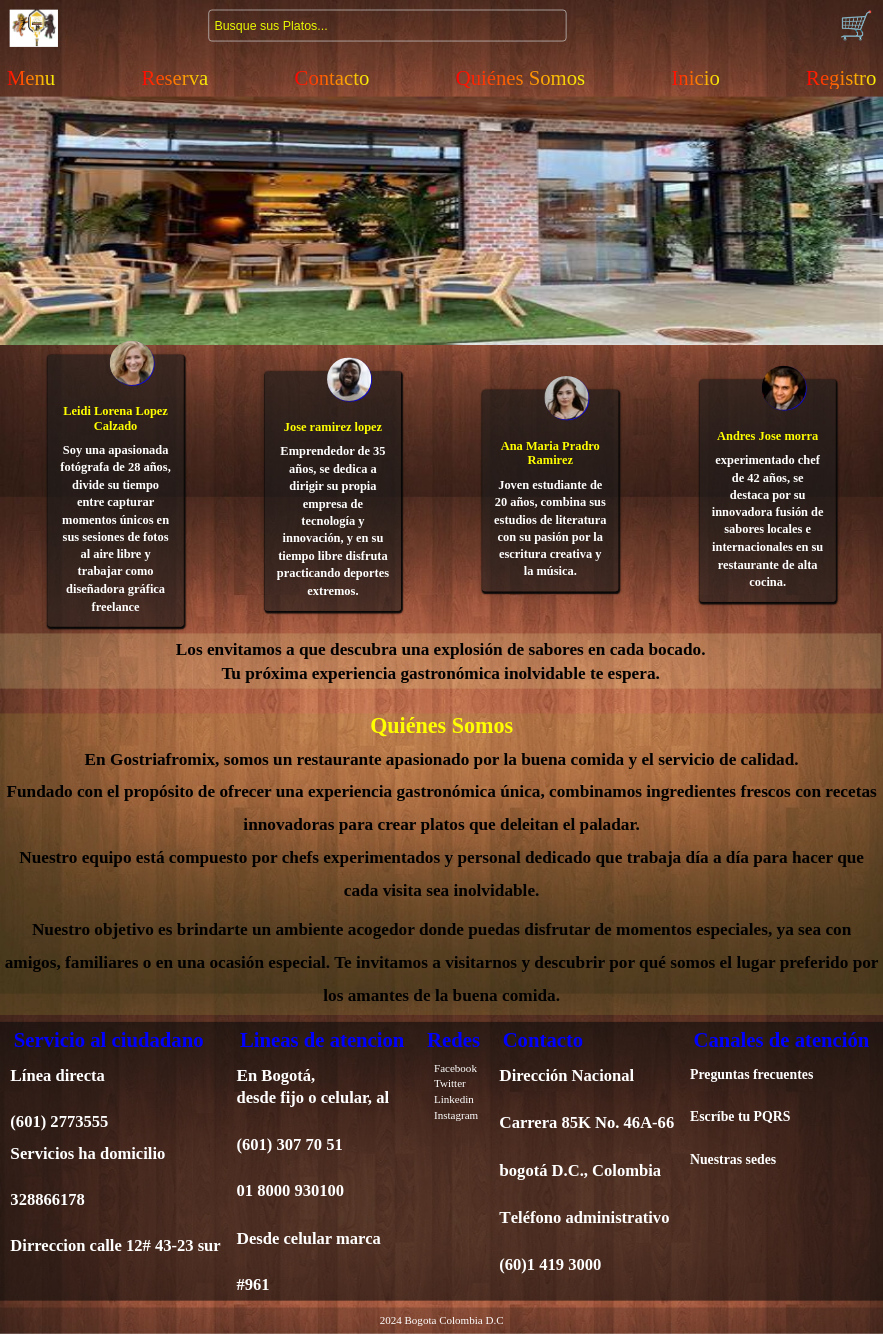
Repository: ye909/app_restaurante
Page: index.html
An editor plug-in stored every save of this project. The page is shown before and after the next save, followed by the edit.
The browser window is 1280 px wide. The pictures show the whole page, at 69% of full size.
Backgrounds fixed to the window are drawn as part of the page.

Above is the page before, as saved 2025-01-12 11:21:00.
Console error: ReferenceError: menuItems is not defined

### index.html
<!DOCTYPE html>
<html lang="en">

<head>
  <meta charset="UTF-8">
  <meta name="viewport" content="width=device-width, initial-scale=1.0">
  <title>Document</title>
  <link rel="Icon" href="./public/imagen/letra.ico">
  <link rel="stylesheet" href="/css/menu_principal.css">
  <link rel="stylesheet" href="/css/footer.css">
  <link rel="stylesheet" href="/css/heder.css">
  <link rel="stylesheet" href="/css/modal_card.css">
  <link rel="stylesheet" href="/css/stilo.css">
  <link rel="stylesheet" href="/css/menu_navegacion.css">
  <link rel="stylesheet" href="/css/reservar.css">

</head>

<body>
  <header>
    <div class="container_header_card">
      <div class="imagen"><img src="/public/imagen/login.gif" alt=""></div>

      <input type="text" id="buscar" class="buscar" placeholder="Busque sus Platos...">
      <ul id="productList" class="productList"></ul>

      <div id="cart-btn" class="shopping">🛒</div>

  </header>



  <h1 class="bienvenida" id="bienvenida">BIENVENIDOS/A</h1>
  <nav>
    <ul>
      <li id="menu-btn"><a href="#">Menu</a></li>

      <li><a href="./maquetacion/templei/reserva.html" target="_self">Reserva</a></li>
      <li><a href="#contacto">Contacto</a></li>
      <li><a href="#somos">Quiénes Somos</a></li>
      <li><a href="./maquetacion/templei/login.html" target="_self">Inicio</a></li>
      <li><a href="./maquetacion/templei/registro.html" target="_self">Registro</a> </li>
    </ul>
  </nav>
 <img src="./public/imagen/rrstaurante1.jpg" alt="" class="imgRestaurante" id="imgRestaurante">

  <main id="menu-view" class="menu-view">
    <div class="filter-buttons">
      <button class="filter" data-region="Todos">Todos</button>
      <button class="filter" data-region="Latinoamérica">Latinoamérica</button>
      <button class="filter" data-region="Centroamérica">Centroamérica</button>
      <button class="filter" data-region="Suramérica">Suramérica</button>
    </div>
    <div id="menu-items" class="menu-items"></div>

    <audio id="clickSound" src="./public/imagen/audio/mouse_btn3.mp3"></audio>
  </main>


  <main id="cart-view" class="cart-view">
    <h1 class="carro">Carrito de Compras</h1>
    <div id="cart-items" class="cart-items"></div>
    <div class="cart-total">
      <p>Total: <span id="cart-total">$0.00</span></p>
      <button id="back-to-menu">Volver al Menú</button>
      <button id="Domicilio"> <a href="./maquetacion/templei/domicilio.html"  target="_self">Domicilio</a></button>

    </div>
  </main>
<br>
  <div class="container_card_persona">

    <article class="container_persona">
      <img src="./public/imagen/mona.jpg" alt=""><br><br>
      <h3>Leidi Lorena Lopez Calzado</h3>
      <p>Soy una apasionada fotógrafa de 28 años,
         divide su tiempo entre capturar momentos
         únicos en sus sesiones de fotos al aire libre
         y trabajar como diseñadora gráfica freelance </p>
    </article>

    <article class="container_persona">
      <img src="./public/imagen/afro.jpg" alt=""><br><br>
      <h3>Jose ramirez lopez</h3>
      <p>Emprendedor de 35 años,
         se dedica a dirigir su propia empresa de
         tecnología y innovación, y en su tiempo libre
          disfruta practicando deportes extremos.
        </p>
    </article>


    <article class="container_persona">
      <img src="./public/imagen/indigena.jpg" alt=""><br><br>
      <h3>Ana Maria Pradro Ramirez</h3>
      <p>Joven estudiante
         de 20 años, combina sus estudios de
          literatura con su pasión
        por la escritura creativa y la música.</p>
    </article>

    <article class="container_persona">
      <img src="./public/imagen/mestizo.jpg" alt=""><br><br>
      <h3>Andres Jose morra</h3>
      <p>experimentado chef de 42 años,
        se destaca por su innovadora fusión
        de sabores locales e internacionales
        en su restaurante de alta cocina.</p>
    </article>


  </div>
  <p class="text_invitacion"> Los envitamos a que descubra una explosión de sabores en cada bocado. <br>
    Tu próxima experiencia gastronómica inolvidable te espera.
  </p>
  <br> <br>

  <div class="quienes_somos" id="somos">
    <h1 class="titu_quienson">Quiénes Somos</h1>
    <p>En <strong>Gostriafromix</strong>, somos un restaurante apasionado por la buena comida y el servicio de calidad.
      <br>
      Fundado con el propósito de ofrecer una experiencia gastronómica única, combinamos ingredientes frescos con
      recetas innovadoras para crear platos que deleitan el paladar. <br>
      Nuestro equipo está compuesto por chefs experimentados y personal dedicado que trabaja día a día para hacer que
      cada visita sea inolvidable.
    </p>
    <p>Nuestro objetivo es brindarte un ambiente acogedor donde puedas disfrutar de momentos especiales, ya sea con
      amigos, familiares o en una ocasión especial. Te invitamos a
      visitarnos y descubrir por qué somos el lugar preferido por los amantes de la buena comida.</p>
  </div>



  <footer>
    <div class="conataine_footer">
      <div>
        <h4>Servicio al ciudadano</h4>
        <p><span>L</span>ínea directa <br> <br> (601) 2773555</p>
        <p id="domicilio"><span>S</span>ervicios ha domicilio<br> <br>328866178 <br><br>Dirreccion calle 12# 43-23 sur
        </p>

      </div>

      <div>
        <h4>Lineas de atencion</h4>
        <p><span>E</span>n Bogotá, <br> desde fijo o celular, al <br><br>
          (601) 307 70 51 <br><br>
          01 8000 930100 <br><br>
          <span>D</span>esde celular marca <br><br>
          #961
        </p>
      </div>
      <div>
        <h4>Redes</h4>
        <div><a href=""><i class="fa-brands fa-facebook"> </i></a> Facebook</div>
        <div><a href=""><i class="fa-brands fa-twitter"></i></a>Twitter</div>
        <div><a href=""><i class="fa-brands fa-linkedin"></i> </a>Linkedin</div>
        <div><a href=""><i class="fa-brands fa-instagram"></i></a> Instagram</div>
      </div>
      <div>
        <h4 id="contacto">Contacto</h4>
        <p><span>D</span>irección Nacional<br><br>
          <span>C</span>arrera 85K No. 46A-66<br><br>
          <span>b</span>ogotá D.C., Colombia<br><br>
          <span>T</span>eléfono administrativo<br><br>
          (60)1 419 3000
        </p>
      </div>

      <div>
        <h4> Canales de atención</h4>
        <p><a href="#">Preguntas frecuentes</p></a><br>
        <p><a href="#">Escríbe tu PQRS</p></a><br>
        <p><a href="#">Nuestras sedes</p></a>
      </div>
    </div>
  </footer>
  <div class="container_final">2024 Bogota Colombia D.C</div>


  <script src="./js/script.js"></script>
  <script src="./js/productos.js"></script>
  <script src="./js/dinamico.js"></script>
  <script src="./js/service_worker.js"></script>
</body>

</html>

### css/menu_principal.css
 :scope{

    padding: 0%;
    margin: 0%;
    overflow: scroll;
}

html {
    scroll-behavior: smooth;
    background-image: url(../public/imagen/janos.jpg);
    background-repeat: no-repeat;
    background-size: cover;
    background-attachment: fixed;
    background-size: 100% 100%;
    height: auto;
  }
  .container_card_persona {
    display: flex;
    justify-content: space-around;
    align-items: center;
    flex-direction: row;
    flex-wrap: wrap;
    padding: 10px;
  }
  .container_persona {

    width: 14%;
    background: rgba(26, 25, 25, 0.6);
    border-radius: 4px;
    color: white;
    padding: 10px;
    height: auto;
    box-shadow: rgb(8, 8, 8) 1px 2px 2px 2px;
  }
  .container_persona img {
    object-fit: cover;
    width: 36%;
    margin-left: 80px;
    margin-top: -30px;
    border-radius: 80px;
    box-shadow: rgb(8, 4, 247) 1px 1px 1px;
  }
  .container_persona p,h3 {
    padding: 6px;
    font-size: 18px;
    text-align: center;
  }

  h3 ,.titu_quienson{
    color: yellow;
  }
  .text_invitacion {
    font-size: 25px;
    line-height: 1.4;
    width: 99%;
    text-align: center;
    background: rgba(232, 232, 157, 0.2);
  }

### css/footer.css
.conataine_footer {
  display: flex;
  justify-content: space-between;
  flex-direction: row;
  flex-wrap: wrap;
  margin: 10px;
}

p {

  padding: 5px;
  font-size: 20px;
  font-weight: bold;
}
span {
  font-size: 25px;
}
.quienes_somos {
  background:rgba(161, 161, 59, 0.2);
}
.quienes_somos p{
  text-align: center;
font-size: 25px;
line-height: 1.9;
}
:is(.container_final) {
  display: flex;
  justify-content: center;
  align-items: center;
}

h4 {
  color: blue;
  font-size: 30px;
}
:is(.container_final, h4, i) {
  padding: 10px;
}
.container_final {
  background: rgba(12, 12, 12, 0.2);
  color: white;
}
.fa-facebook {
  color: rgb(5, 5, 253);
}
.fa-twitter {
  color: rgb(8, 123, 245);
}
.fa-linkedin {
  color: rgb(71, 71, 155);
}
.fa-instagram {
  color: rgb(243, 17, 17);
}
a {
  cursor: pointer;

}
footer a {
  font-size: 20px;
  color: white;
}
footer {
  background: rgba(10, 10, 10, 0.6);
  color: white;
}

### css/heder.css
.container_header_card{
    display: flex;
    justify-content: space-between;
    justify-items: center;
    flex-direction: row;
    flex-wrap: wrap;
    padding: 14px;
    }

 .productList {
     list-style-type: none;
     padding: 0;
 }

 .productList li {
     padding: 10px;
     border-bottom: 1px solid #ccc;
 }

 .productList li:last-child {
     border-bottom: none;
 }

  .container_header_card img{
    width: 70px;
}
  .shopping{
    font-size: 40px;
cursor: pointer;
}
.buscar::placeholder{
    color:rgb(232, 248, 3);
    font-size: 18px;
}

.buscar {
    width: 40%;
    height: 3.9vh;
    background:transparent;
    color:white;
    font-size: 18px;
    border-radius: 5px;
    margin-left: 20px;
}
:is(.bienvenida,
 .buscar){
     padding: 8px;
 }
 .bienvenida{
    background-image:linear-gradient(to left, rgb(4, 151, 4), rgb(248, 244, 7),  red,rgb(14, 14, 240));
    -webkit-text-fill-color:transparent;
    -webkit-background-clip: text;
    background-clip: text;
    text-align: center;


}

### css/modal_card.css
* {
  margin: 0;
  padding: 0;
}

t-items {
  display: none;
}
.menu-items {
  width: 100%;
  height: 100%;
  background: rgba(12, 12, 12, 0.7);
  position: absolute;
}
.card,
.card_carrito {
  display: inline-block;
  justify-content: space-between;
  flex-direction: row;
  flex-wrap: wrap;
  margin: 10px;
}

.card,
.card_carrito {
  width: 14%;
  height: 44vh;
  padding: 10px;
  background: rgba(0, 0, 0, 0.4);
  border-radius: 10px;
  box-shadow: rgb(8, 4, 247) 1px 1px 1px 3px;
}

.card img,
.card_carrito img {
  width: 95%;
  height: auto;
  object-fit: cover;
  border-radius: 5px;
  padding: 10px;
}

.card p,
.card_carrito p {
  color: white;
  font-size: 20px;
}

.cart-view,
.menu-view {
  display: none;
}
@scope (.titulo_principal,.titulo_carrito,.carro) {
  :scope {
    color: yellow;
  }
  .titulo_carrito h1,
  .carro {
    padding: 10px;
  }
}
#pagar {
  margin: 10px auto;
}
.cart-total {
  text-align: right;
  margin: 20px;
}
.cart-view {
  border: 2px solid black;
  margin: 10px;
  padding: 20px;
  box-shadow: black 1px 2px 4px 3px;
}

.cart-total {
  font-size: 20px;
  color: blue;
}
button {
  width: 270px;
  padding: 10px;
  transition: background-color 0.7s ease;
  border-radius: 20px;
  background:transparent;
color:blue;
  font-size: 20px;
}
button:hover {
  border: none;
  background: #0606f8fd;
  color: black;
  box-shadow: rgb(7, 71, 236) 2px 2px 2px, rgb(7, 71, 236) 2px 2px 2px,
    rgb(7, 71, 236) 2px 2px 2px, rgb(7, 71, 236) 2px 2px 2px;
}
/*
     .card button {
  margin-top: 10px;
  background-color: #007bff;
  color: white;
  border: none;
  padding: 10px;
  border-radius: 5px;
  cursor: pointer;
}

.card button:hover {
  background-color: #0056b3;
} */

### css/stilo.css


/*

    .filter-buttons {
      margin: 20px;
      text-align: center;
    }

    .filter {
      margin: 5px;
      padding: 10px 15px;
      background-color: #007bff;
      color: white;
      border: none;
      cursor: pointer;
      border-radius: 5px;
    }

    .filter:hover {
      background-color: #0056b3;
    }
    .menu-items,.cart-view{
      display: flex;
      justify-content: space-between;
      justify-content: center;
      flex-direction: row;
      flex-wrap: wrap;
      gap: 20px;
    }
     */

### css/menu_navegacion.css


ul{
display: flex;
justify-content: space-between;
text-align: center;
flex-direction: row;
flex-wrap: wrap;
}
li{
    font-size: 30px;
    list-style: none;
margin: 10px;

}
.imgRestaurante {
    width: 100%;
    height: 50vh;

  }
a{

    list-style: none;
    text-decoration: none;
    color: blue;
}
li:hover{
    transition: 1s ease , transform 1s ease;
    border-bottom: 2px solid yellow;


}
nav a{
    background-image:linear-gradient(to left, rgb(248, 244, 7),  red);
    -webkit-text-fill-color:transparent;
    -webkit-background-clip: text;
    background-clip: text;
    text-align: center;
}

### css/reservar.css

html {
    scroll-behavior: smooth;
    background-image: url(../public/imagen/fondo_card.jpg);
    background-repeat: no-repeat;
    background-size: cover;
    background-attachment: fixed;
    background-size: 100% 100%;
    height: auto;
  }
.container {
    max-width: 450px;
    margin: 100px 700px;
    background:rgba(14, 13, 13,0.3);
    box-shadow: rgb(7, 71, 236)  1px 1px 1px 2px,rgb(7, 71, 236) 1px  1px 1px 2px;
    padding: 20px;
    border-radius: 8px;

}
.form{
  padding: 10px;
  margin-left: 30px;
}
.title {
    text-align: center;
    font-size: 30px;
    margin-bottom: 20px;
  }

  .form-group {
    margin-bottom: 15px;
  }


  label {
    display: block;
    margin-bottom: 5px;
    font-weight: bold;
    font-size: 25px;
  }
  ::placeholder{
    font-size: 20px;
  }
  input:focus{

  outline: 1px solid #007BFF;
  background:transparent;
  color:white;
  }
  input, textarea {
    width: 80%;
    padding: 10px;
    border: 1px solid #ccc;
    border-radius: 4px;
  }
  #hora{
    width: 60%;
  }

  .inline-group {
    display: flex;
    gap: 15px;
  }

  .inline-group > div {
    flex: 1;
  }

  textarea {
    resize: vertical;
  }

.submit-button {
  width: 86%;
  padding: 10px;
  background-color: #007BFF;
  color: white;
  border: none;
  border-radius: 4px;
  font-size: 16px;
  cursor: pointer;
}

.submit-button:hover {
  background-color: #0056b3;
}

/*crear la animacion donde el mensaje salga de ariba asta el centro de la panta */

.container_modal_reserva{
  transition: 2s;
  max-width: 450px;
  margin: 100px 700px;
  background:rgba(14, 13, 13,0.3);
  box-shadow: rgb(7, 71, 236)  1px 1px 1px 2px,rgb(7, 71, 236) 1px  1px 1px 2px;
  padding: 20px;
  border-radius: 8px;
 opacity: 0;

}
h1 {
  color: #007bff;
  text-align: center;
}
p {
  line-height: 1.4;
  font-size: 24px;
}
.mensaje{
  text-align: center;
  font-weight: bolder;
}
.validar_nombre{
    font-size: 30px;
    color: white;
}

### js/script.js

  let cart = [];
  let selectedRegion = "Todos";

  const menuView = document.getElementById("menu-view");
  const cartView = document.getElementById("cart-view");
  const menuItemsContainer = document.getElementById("menu-items");
  const cartItemsContainer = document.getElementById("cart-items");
  const cartTotal = document.getElementById("cart-total");

  document.querySelectorAll(".filter").forEach(button => {
    button.addEventListener("click", () => {
      selectedRegion = button.getAttribute("data-region");
      renderMenu();
    });
  });

  document.getElementById("menu-btn").addEventListener("click", () => {

    menuView.style.display = "block";
    cartView.style.display = "none";
    const  imgRestaurante = document.getElementById("imgRestaurante").remove()
    // audio de los botones
const playSound = function () {
  var audio = document.getElementById("clickSound");
  audio.play();
}
playSound()
  });

  document.getElementById("cart-btn").addEventListener("click", () => {
    menuView.style.display = "none";
    cartView.style.display = "block";
    renderCart();
  });

  document.getElementById("back-to-menu").addEventListener("click", () => {
    menuView.style.display = "block";
    cartView.style.display = "none";
  });

  function renderMenu() {
    menuItemsContainer.innerHTML = "";
    const filteredItems = selectedRegion === "Todos" ? menuItems : menuItems.filter(item => item.region === selectedRegion);
    filteredItems.forEach(item => {

      const card = document.createElement("div");
      card.className = "card";
      card.innerHTML = `

        <h1 class="titulo_principal">${item.name}</h1>
            <img src="${item.image}" alt="${item.name}">
        <p>${item.description}</p>
        <p><strong>$${item.price.toFixed(2)}</strong></p>
        <button id="pagar">Pagar</button>
        <button id="btnaudio" onclick="addToCart(${item.id})">Agregar</button>

      `;
      menuItemsContainer.appendChild(card);
    });
  }

  function renderCart() {
    cartItemsContainer.innerHTML = "";
    cart.forEach(item => {
      const cartItem = document.createElement("div");
      cartItem.className = "card_carrito";
      cartItem.innerHTML = `
        <h1 class="titulo_carrito">${item.name}</h1>
        <img src="${item.image}" alt="${item.name}">
          <p>${item.description}</p>
        <p>Cantidad: ${item.quantity}</p>
        <p><strong>$${(item.price * item.quantity).toFixed(2)}</strong></p>
          <button id="pagar">Pagar</button>
           <button id="delete">eliminar</button>
      `;
      cartItemsContainer.appendChild(cartItem);
    });
    const total = cart.reduce((sum, item) => sum + item.price * item.quantity, 0);
    cartTotal.textContent = `$${total.toFixed(2)}`;
  }

  function addToCart(id) {
    const item = menuItems.find(item => item.id === id);
    const cartItem = cart.find(item => item.id === id);
    if (cartItem) {
      cartItem.quantity++;
    } else {
      cart.push({ ...item, quantity: 1 });
    }
  }

  renderMenu();

### js/productos.js
const menuItems = [
  {
    id: 1,
    name: "Bebida caliente",
    description: "Delicious tacos",
    price: 12.99,
    image: "./public/imagen/bebidas_calientes1.PNG",
    region: "Latinoamérica",
  },
  {
    id: 2,
    name: "carne",
    description: "Thick griddle cakes",
    price: 9.99,
    image: "/public/imagen/mexica1.jpg",
    region: "Centroamérica",
  },
  {
    id: 3,
    name: "Cerveza",
    description: "Fresh seafood",
    price: 15.99,
    image: "./public/imagen/cervezas.webp",
    region: "Bebida con alcol",
  },
  {
    id: 4,
    name: "plátanos rellenos",
    description: "Rellenos de bocadillo y queso",
    price: 15.99,
    image: "./public/imagen/platano.PNG",
    region: "Suramérica",
  },
  {
    id: 5,
    name: "Coltel",
    description: "Fresh seafood",
    price: 15.99,
    image: "./public/imagen/coltel.webp",
    region: "Bebida con alcol",
  },
  {
    id: 6,
    name: "Postre",
    description: "Sabor y dulsura en el plato",
    price: 15.99,
    image: "./public/imagen/postre2.PNG",
    region: "Suramérica",
  },
  {
    id: 7,
    name: "Lechona",
    description: "plátanos rellenos",
    price: 15.99,
    image: "./public/imagen/mexica2.jpg",
    region: "Suramérica",
  },
  {
    id: 8,
    name: "Sancocho",
    description: "Fresh seafood",
    price: 15.99,
    image: "./public/imagen/sancocho.webp",
    region: "Suramérica",
  },
  {
    id: 9,
    name: "Arrozanas",
    description: "Fresh seafood",
    price: 15.99,
    image: "./public/imagen/mexico6.jpg",
    region: "Suramérica",
  },
  {
    id: 10,
    name: "Licor",
    description: "Fresh seafood",
    price: 15.99,
    image: "./public/imagen/licores.webp",
    region: "Suramérica",
  },
  {
    id: 11,
    name: "Jugos",
    description: "Sabor natural",
    price: 15.99,
    image: "./public/imagen/JUGOS_NATURALES.jpg",
    region: "Suramérica",
  },
];

### js/dinamico.js




// texto de bienvenida

setTimeout(()=>{
    const bienvenida = document.getElementById("bienvenida").remove()
    bienvenida.style.transition=" background-color 0.3s ease, transform 0.7s ease; "
},3000)






// // Ejemplo de notificación (opcional)
// document.getElementById('btnboton_agregar').addEventListener('click', () => {
//     if (Notification.permission === 'granted') {
//         new Notification('¡Hola desde tu PWA!');
//     } else if (Notification.permission !== 'denied') {
//         Notification.requestPermission().then((permission) => {
//             if (permission === 'granted') {
//                 new Notification('¡Hola desde tu PWA!');
//             }
//         });
//     }
// });

### js/service_worker.js

if ('serviceWorker' in navigator) {
    navigator.serviceWorker.register('/sw.js')
        .then((registration) => {
            console.log('Service Worker registrado:', registration);
        })
        .catch((error) => {
            console.error('Error al registrar el Service Worker:', error);
        });
}

After the next save:
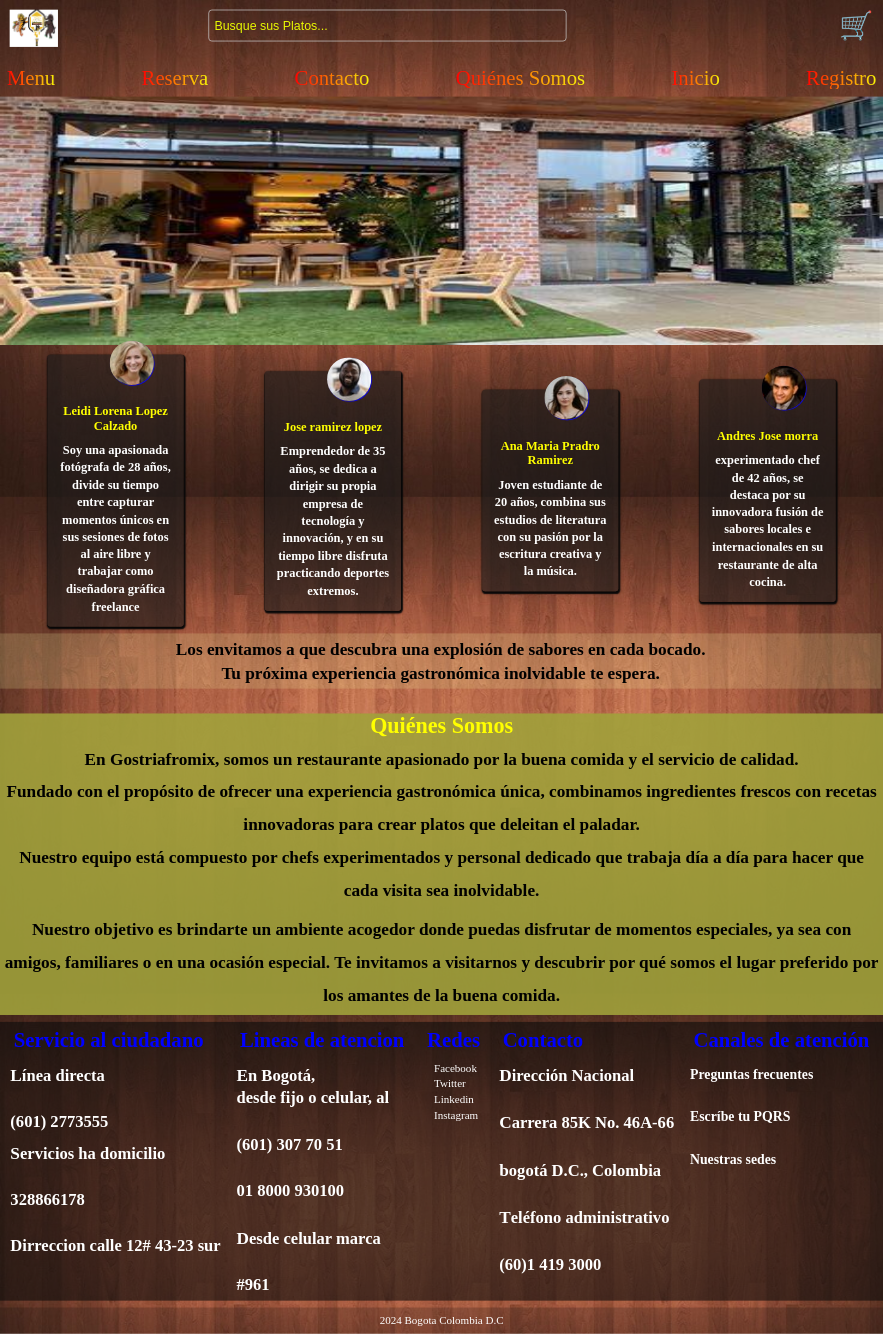
Saved 5 s later.
--- a/css/footer.css
+++ b/css/footer.css
@@ -16,7 +16,7 @@ span {
   font-size: 25px;
 }
 .quienes_somos {
-  background:rgba(161, 161, 59, 0.2);
+  background:rgba(161, 161, 59, 0.9);
 }
 .quienes_somos p{
   text-align: center;
